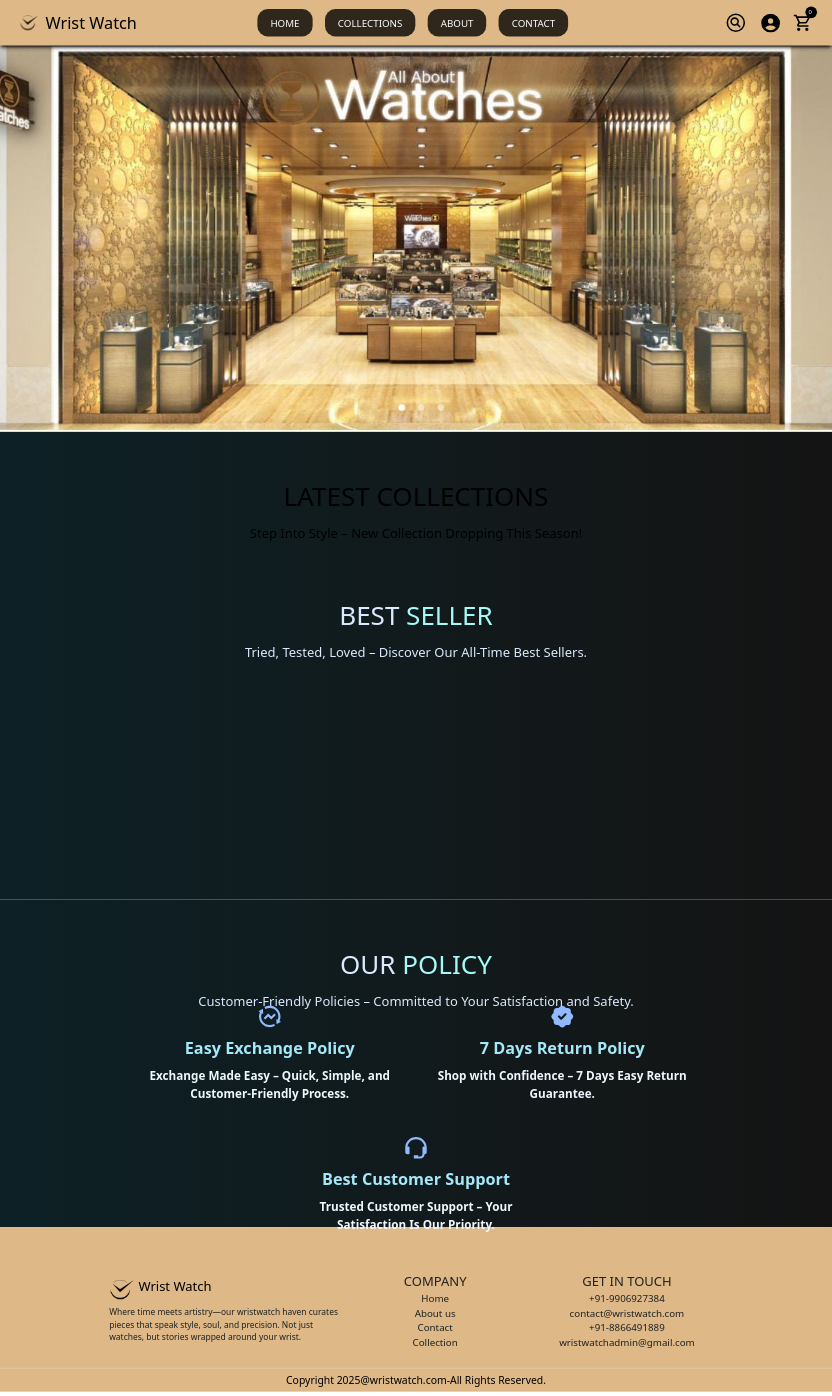
Repository: mansibhanushali/online_watch_ecommerce_mernstack_webapplication
Page: / (app in frontend/)
An editor plug-in stored every save of this project. The page is shown before and after the next save, followed by the edit.
The browser window is 1280 px wide. The pictures show the whole page, at 65% of full size.
The page's requests for data from a server got no answer. The project was rebuilt for these pictures with package versions that can differ from the ones it lists, and the page was loaded fresh each time. No one was signed in, and anything a server would have sent is missing. Also part of the build but not shown: frontend/vite.config.js, frontend/src/component/Loading.jsx, frontend/src/pages/Registration.jsx, frontend/src/component/Card.jsx, frontend/src/pages/Login.jsx, frontend/src/pages/About.jsx, frontend/src/pages/Collections.jsx, frontend/src/pages/Contact.jsx and 6 more.

Above is the page before, as saved 2025-08-16 13:37:28.

After the next save:
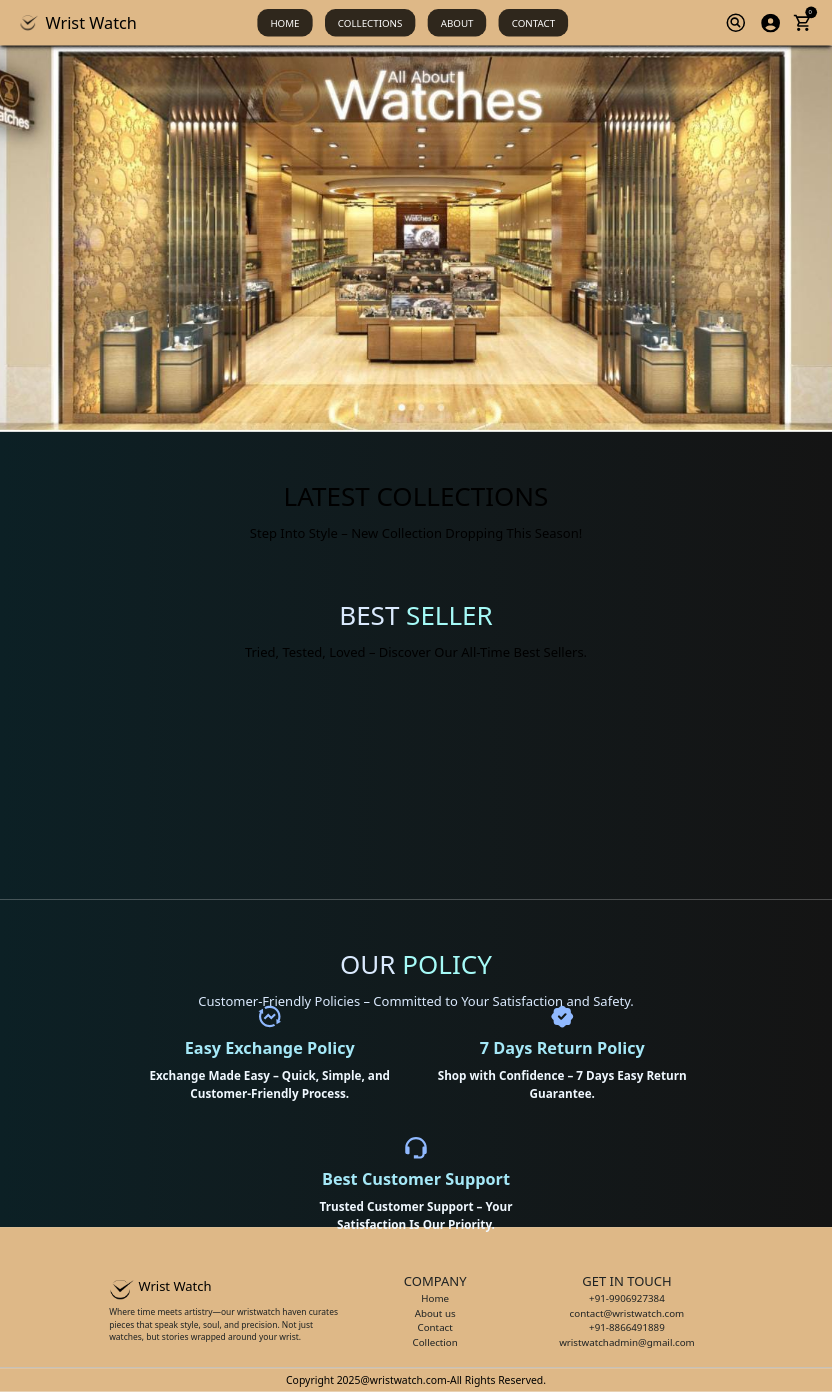
Saved 33 s later.
--- a/frontend/src/component/BestSeller.jsx
+++ b/frontend/src/component/BestSeller.jsx
@@ -22,7 +22,7 @@ function BestSeller() {
     <div>
       <div className="h-[8%] w-[100%] text-center mt-[50px]">
         <Title text1={"BEST"} text2={"SELLER"} />
-        <p className="w-[100%] m-auto text-[13px] md:text-[20px] px-[10px] text-blue-100">
+        <p className="w-[100%] m-auto text-[13px] md:text-[20px] px-[10px] text-black">
           Tried, Tested, Loved – Discover Our All-Time Best Sellers.
         </p>
       </div>
